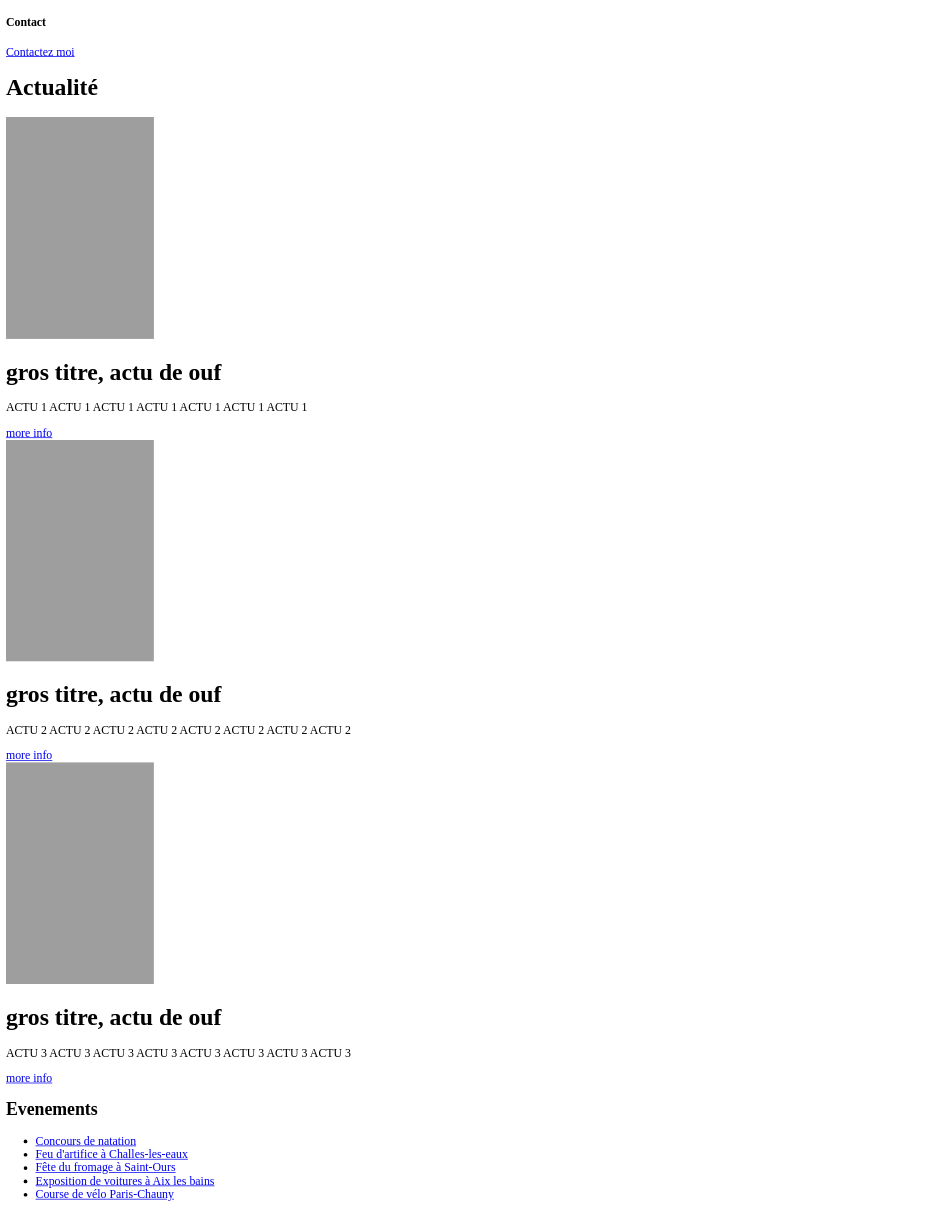
Repository: Mini-T/git-course
Page: index.html
An editor plug-in stored every save of this project. The page is shown before and after the next save, followed by the edit.
The browser window is 1280 px wide. The pictures show the whole page, at 74% of full size.
Pictures or frames that could not be fetched are drawn as grey boxes.

Above is the page before, as saved 2022-09-26 16:00:42.

After the next save:
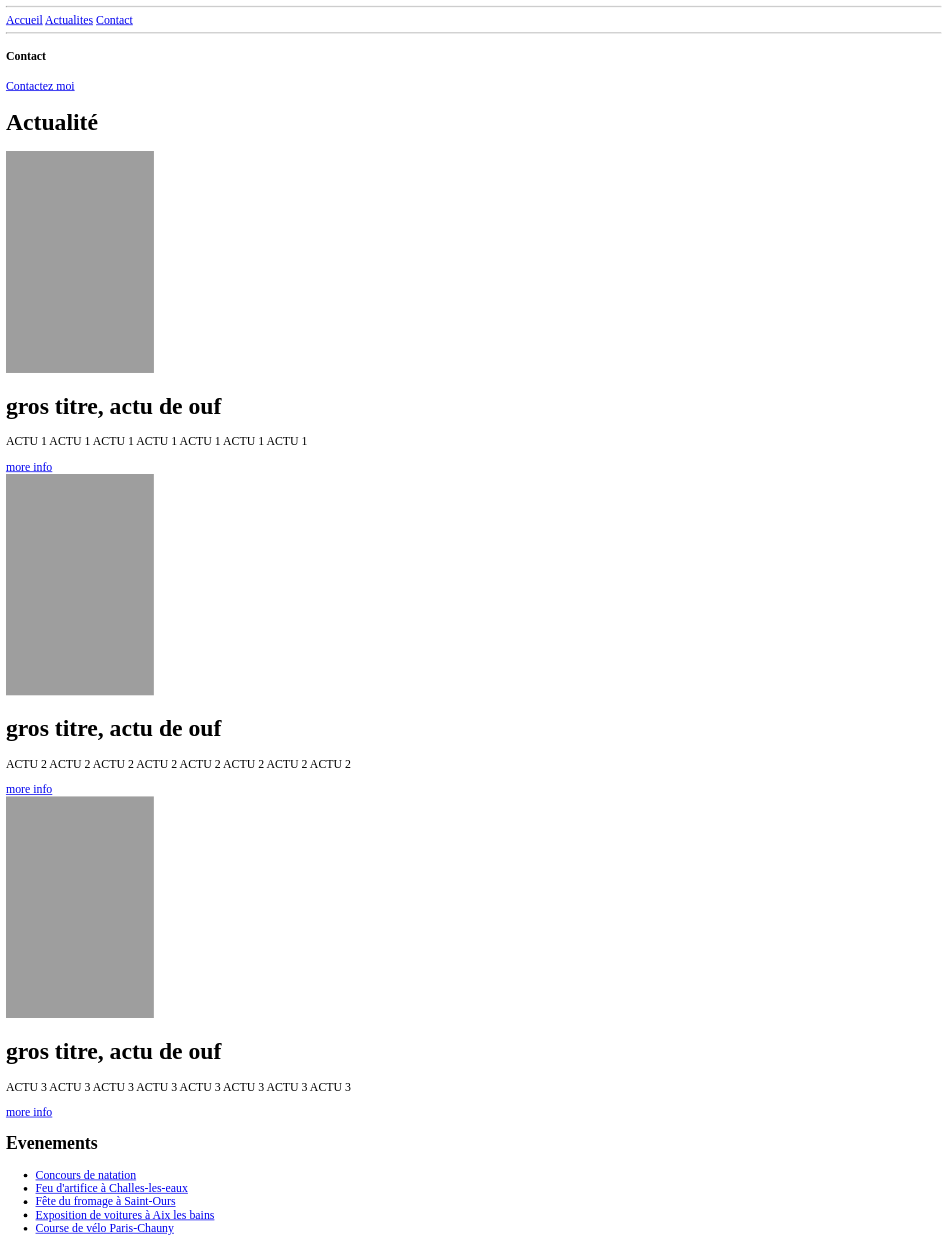
Saved 5 s later.
--- a/index.html
+++ b/index.html
@@ -4,6 +4,13 @@
         <title>Accueil</title>
     </head>
     <body>
+        <div>
+            <hr>
+            <a href="../index.html">Accueil</a>
+            <a href="../actualites/actualite.html">Actualites</a>
+            <a href="../contact.html">Contact</a>
+            <hr>
+        </div>
         <h4>Contact</h4>
         <a href="contact.html">Contactez moi</a>
         <div>
